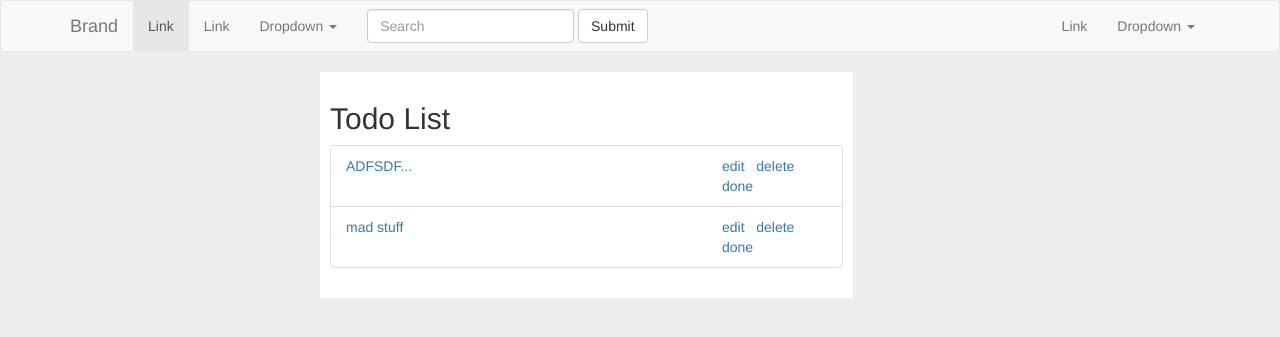
Repository: neoighodaro-articles/migrating-to-laravel
Page: http://localhost/pages/home.php?rel=add
These files come from the project's save history. The page is drawn as it stood at one moment and after the next save; the edit follows.
The browser window is 1280 px wide. The pictures show the whole page.
The page is run by PHP 8.4 with error messages shown; the project is at /var/www/html/. The database holds what the project's SQL file puts in it.

Above is the page before, as saved 2018-06-12 20:15:38.

After the next save:
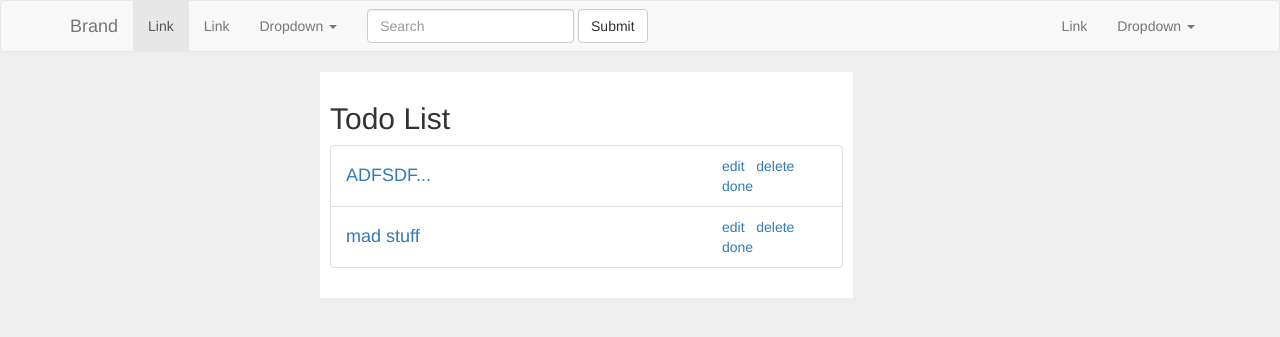
Saved 29 s later.
--- a/vanilla/pages/home.php
+++ b/vanilla/pages/home.php
@@ -87,7 +87,7 @@
      <?php while($fetch = $query->fetch()): ?>
       <li class="list-group-item">
         <div class="col-md-9 todo__no__space">
-          <a href="#"><?php echo $fetch['title'] ?></a>
+          <a href="#"><h4><?php echo $fetch['title'] ?></h4></a>
         </div>
         <div class="col-md-3">
           <a href="#">edit</a> &nbsp;

After the save that followed:
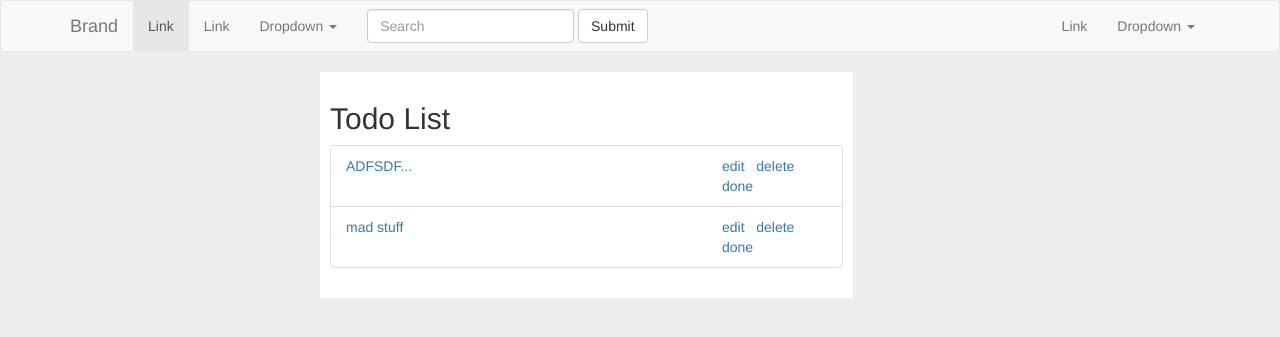
Saved 10 s later.
--- a/vanilla/pages/home.php
+++ b/vanilla/pages/home.php
@@ -87,7 +87,7 @@
      <?php while($fetch = $query->fetch()): ?>
       <li class="list-group-item">
         <div class="col-md-9 todo__no__space">
-          <a href="#"><h4><?php echo $fetch['title'] ?></h4></a>
+          <a href="#"><?php echo $fetch['title'] ?></a>
         </div>
         <div class="col-md-3">
           <a href="#">edit</a> &nbsp;
